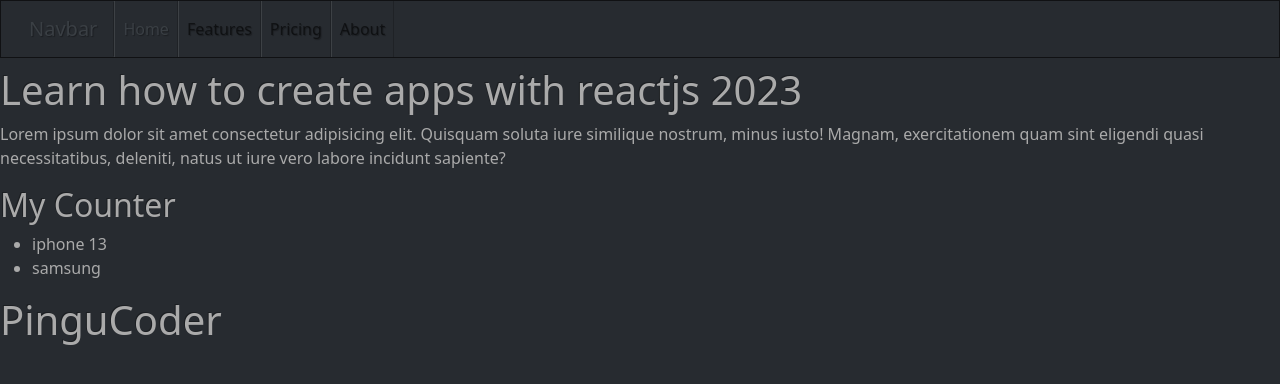
Repository: chanwarichawki/React-BC
Page: /
An editor plug-in stored every save of this project. The page is shown before and after a run of saves, followed by the edit.
The browser window is 1280 px wide. The pictures show the whole page.
Some web libraries are served in a nearby version. The project was rebuilt for these pictures with package versions that can differ from the ones it lists, and the page was loaded fresh each time. Also part of the build but not shown: vite.config.js.

Above is the page before, as saved 2024-01-15 15:31:18.

After the next 12 saves:
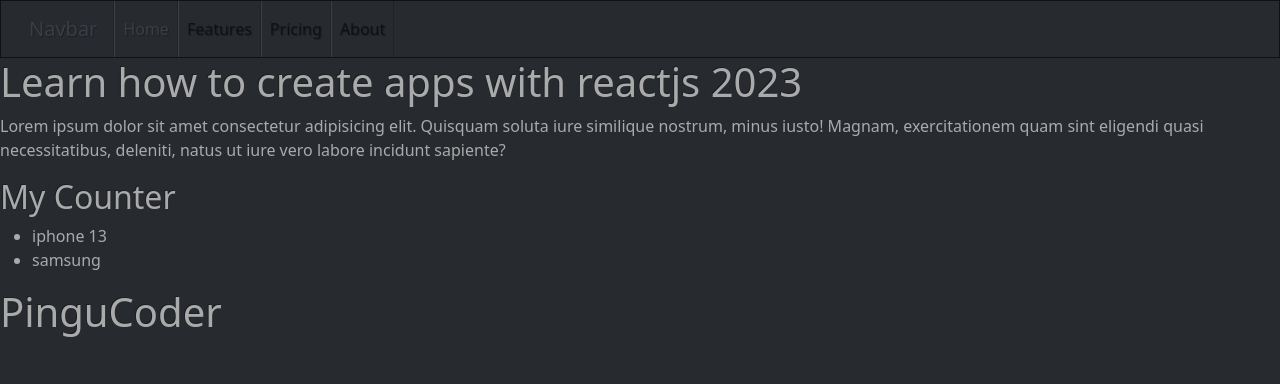
The 12 saves are shown as one change because 5 did not build or start and some came seconds apart.
The last was saved 92 s later.
--- a/src/components/Products.jsx
+++ b/src/components/Products.jsx
@@ -18,7 +18,6 @@ function Products() {
   ]
   return (
     <div>
-      <h1 id=""></h1>
       <h1>{title}</h1>
       <p>Lorem ipsum dolor sit amet consectetur adipisicing elit. Quisquam soluta iure similique nostrum, minus iusto! Magnam, exercitationem quam sint eligendi quasi necessitatibus, deleniti, natus ut iure vero labore incidunt sapiente?</p>
 
